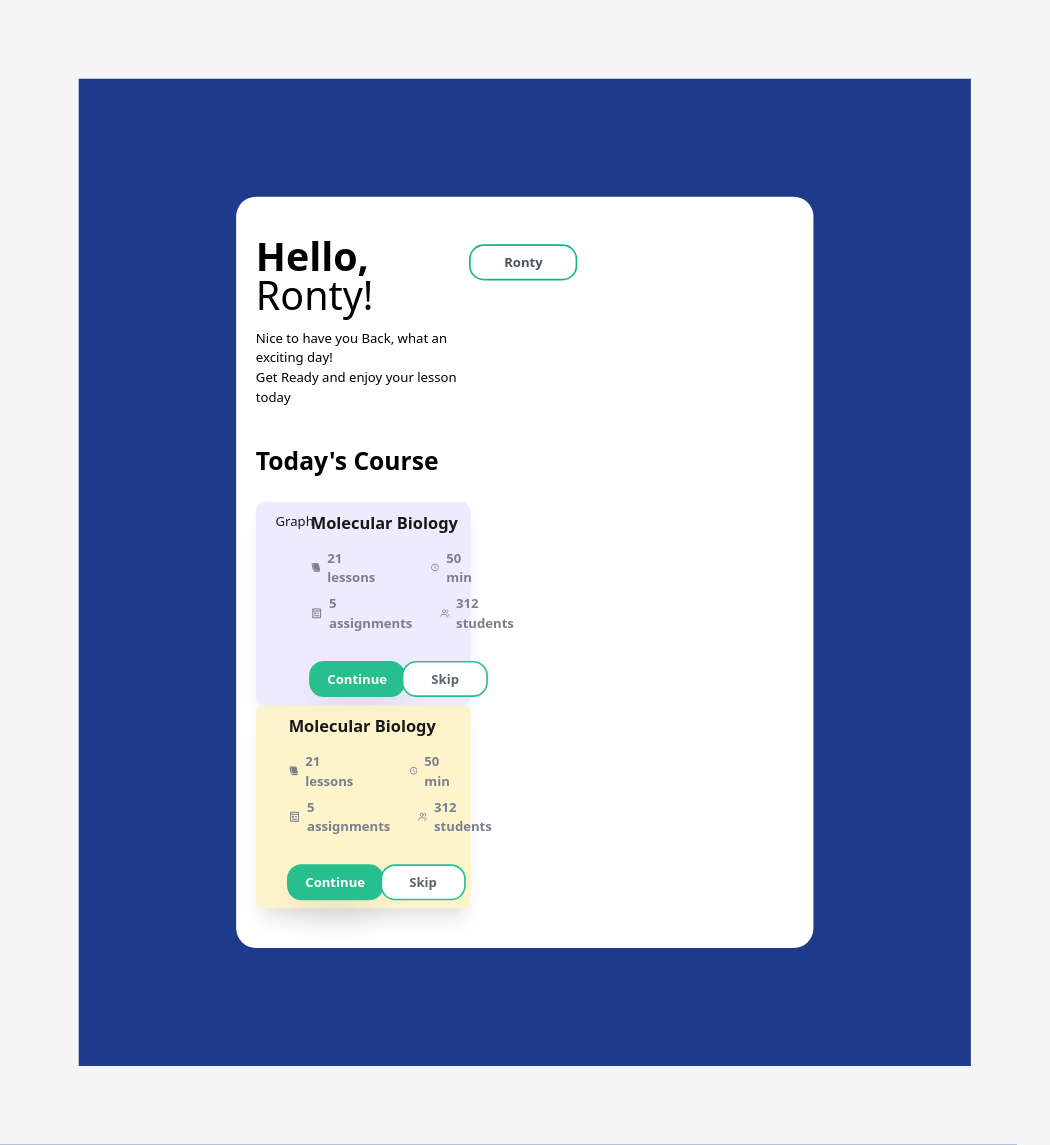
Repository: coolronts/Vite-Tailwind
Page: /
An editor plug-in stored every save of this project. The page is shown before and after the next save, followed by the edit.
The browser window is 1280 px wide. The pictures show the whole page, at 82% of full size.
The project was rebuilt for these pictures with package versions that can differ from the ones it lists, and the page was loaded fresh each time. Also part of the build but not shown: vite.config.js.

Above is the page before, as saved 2021-11-26 13:55:49.

After the next save:
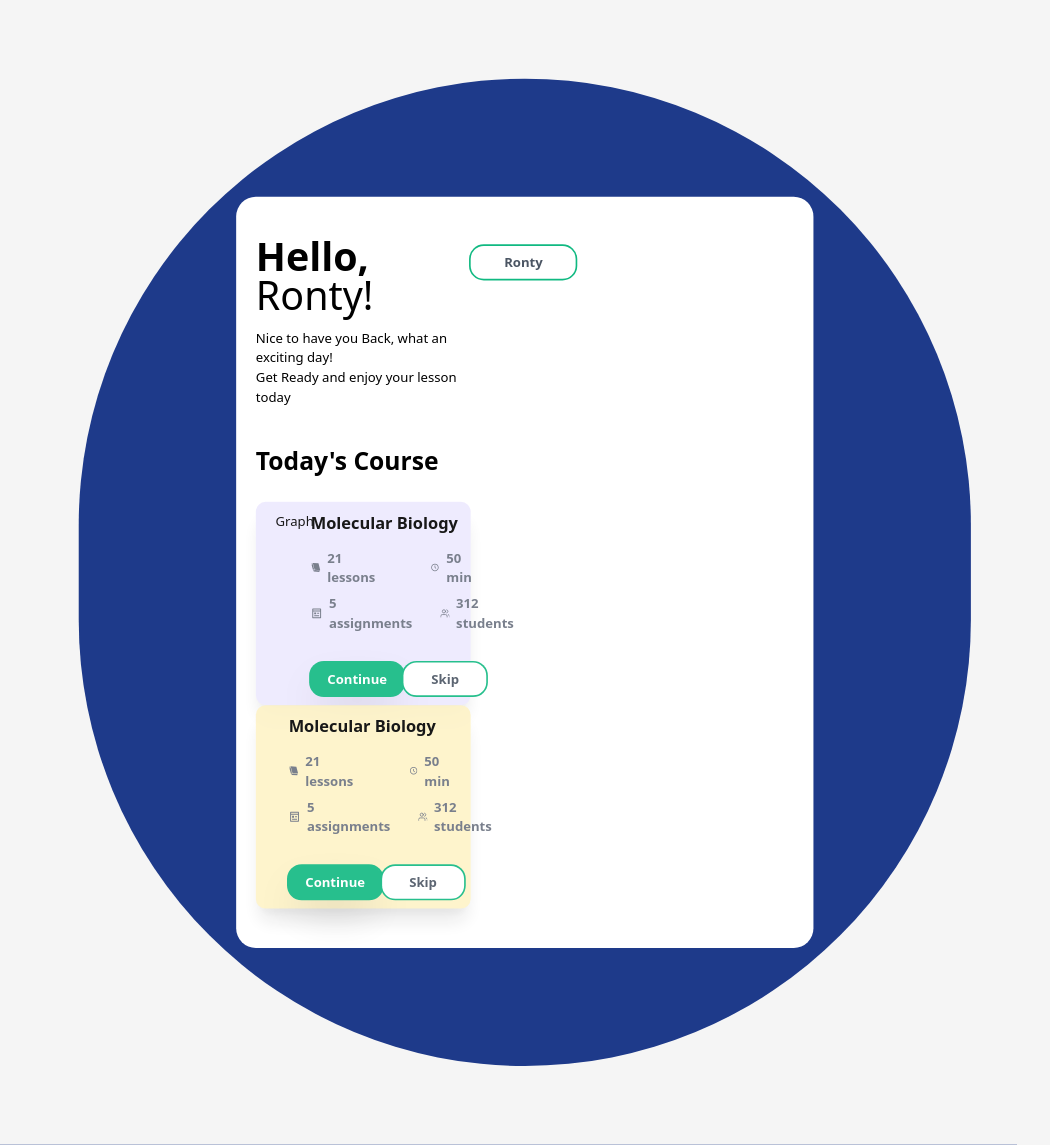
Saved 27 s later.
--- a/src/App.jsx
+++ b/src/App.jsx
@@ -12,7 +12,7 @@
   return (
 
     <div className="App ">
-      <div className="p-24 bg-blue-900 m-24 rounded-4xl">
+      <div className="p-24 bg-blue-900 m-24 rounded-full">
       <div className="bg-white my-12 mx-24 rounded-3xl px-6 py-12">
       <SplitScreen leftWeight = 'w-2/5'>
         <div id="left">

After the save that followed:
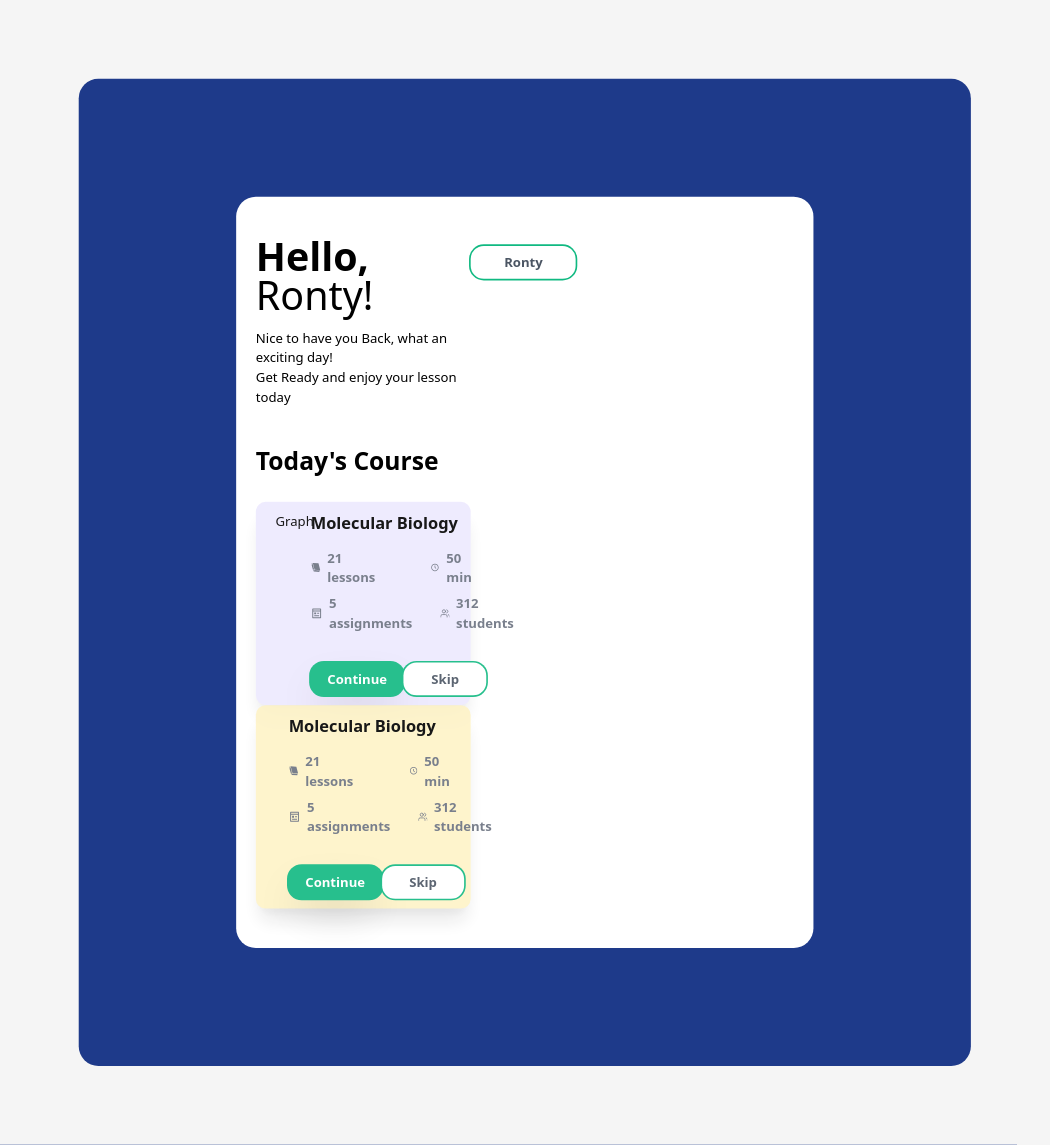
Saved 13 s later.
--- a/src/App.jsx
+++ b/src/App.jsx
@@ -12,7 +12,7 @@
   return (
 
     <div className="App ">
-      <div className="p-24 bg-blue-900 m-24 rounded-full">
+      <div className="p-24 bg-blue-900 m-24 rounded-3xl">
       <div className="bg-white my-12 mx-24 rounded-3xl px-6 py-12">
       <SplitScreen leftWeight = 'w-2/5'>
         <div id="left">
